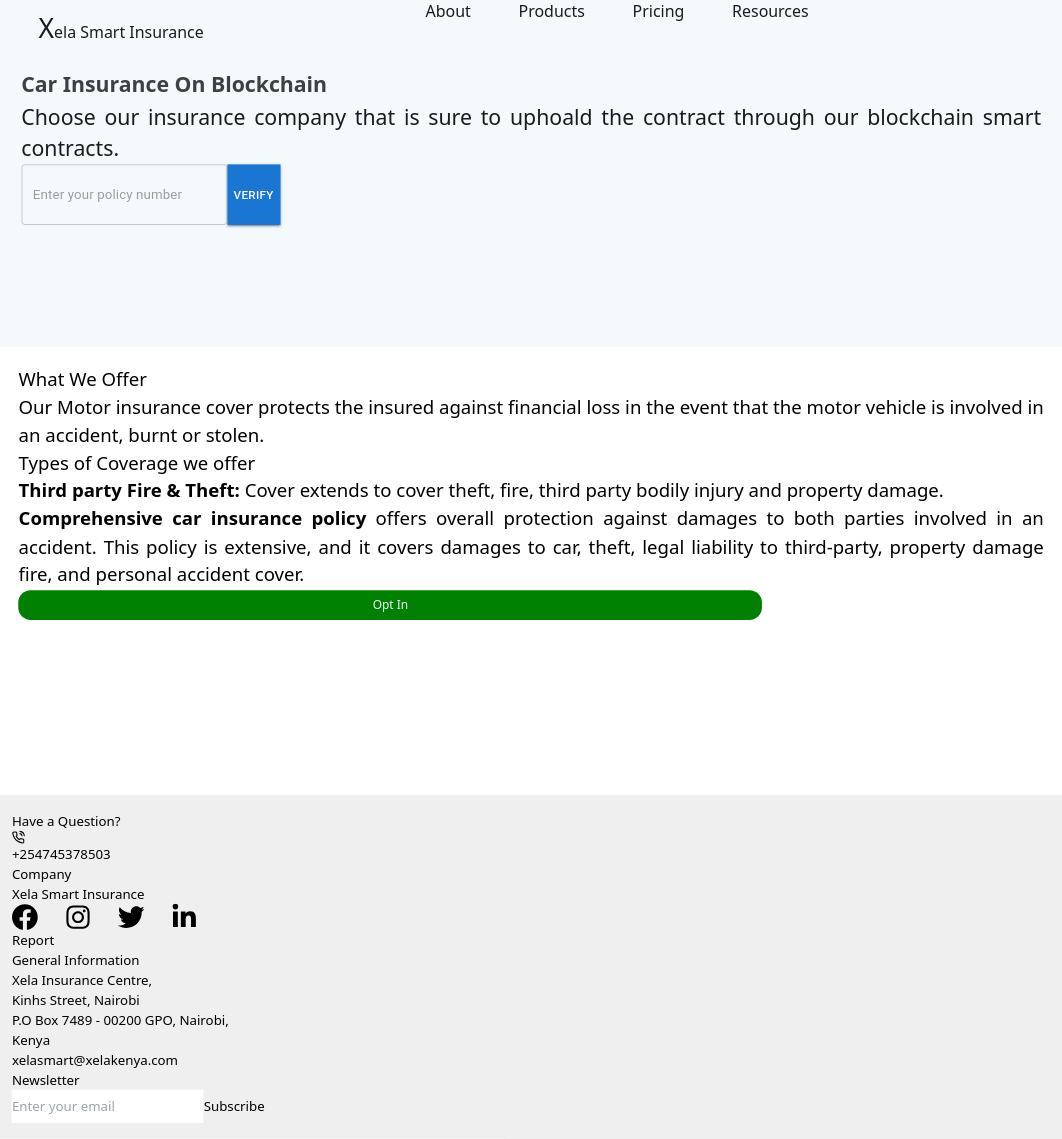
Repository: ALVIN-OBONYO/Xela-smart_insuarance
Page: / (app in frontend/)
The author's editor kept a copy of each file at every save. The page is drawn from the files as they stood at one save, then again after the next save.
The browser window is 1280 px wide. The pictures show the whole page, at 83% of full size.
The project was rebuilt for these pictures with package versions that can differ from the ones it lists, and the page was loaded fresh each time. Also part of the build but not shown: frontend/src/Components/Cards.jsx, frontend/src/Pages/Policies.jsx, frontend/src/Components/Calendar.css, frontend/src/Components/Calendar.jsx, frontend/src/Components/Input.js, frontend/src/Components/Upload.css, frontend/src/Components/Upload.js, frontend/src/Pages/ReportForm.jsx and 3 more.

Above is the page before, as saved 2022-10-03 09:58:23.

### frontend/public/index.html
<!DOCTYPE html>
<html lang="en">
  <head>
    <meta charset="utf-8" />
    <link rel="icon" href="%PUBLIC_URL%/favicon.ico" />
    <meta name="viewport" content="width=device-width, initial-scale=1" />
    <meta name="theme-color" content="#000000" />
    <meta
      name="description"
      content="Web site created using create-react-app"
    />
    <link rel="apple-touch-icon" href="%PUBLIC_URL%/logo192.png" />
    <!--
      manifest.json provides metadata used when your web app is installed on a
      user's mobile device or desktop. See https://developers.google.com/web/fundamentals/web-app-manifest/
    -->
    <link rel="manifest" href="%PUBLIC_URL%/manifest.json" />
    <!--
      Notice the use of %PUBLIC_URL% in the tags above.
      It will be replaced with the URL of the `public` folder during the build.
      Only files inside the `public` folder can be referenced from the HTML.

      Unlike "/favicon.ico" or "favicon.ico", "%PUBLIC_URL%/favicon.ico" will
      work correctly both with client-side routing and a non-root public URL.
      Learn how to configure a non-root public URL by running `npm run build`.
    -->
    <title>React App</title>
  </head>
  <body>
    <noscript>You need to enable JavaScript to run this app.</noscript>
    <link
    href="https://unpkg.com/tailwindcss@^1.0/dist/tailwind.min.css"
    rel="stylesheet"
  />
  <script
    src="https://cdnjs.cloudflare.com/ajax/libs/web3/1.6.1/web3.min.js"
    integrity="sha512-5erpERW8MxcHDF7Xea9eBQPiRtxbse70pFcaHJuOhdEBQeAxGQjUwgJbuBDWve+xP/u5IoJbKjyJk50qCnMD7A=="
    crossorigin="anonymous"
    referrerpolicy="no-referrer"
  ></script>
    <div id="root"></div>
    <!--
      This HTML file is a template.
      If you open it directly in the browser, you will see an empty page.

      You can add webfonts, meta tags, or analytics to this file.
      The build step will place the bundled scripts into the <body> tag.

      To begin the development, run `npm start` or `yarn start`.
      To create a production bundle, use `npm run build` or `yarn build`.
    -->
  </body>
</html>

### frontend/src/index.js
import React from 'react';
import ReactDOM from 'react-dom/client';
import './index.css';
import App from './App';
import reportWebVitals from './reportWebVitals';
import { BrowserRouter } from 'react-router-dom';
const root = ReactDOM.createRoot(document.getElementById('root'));
root.render(
  <React.StrictMode>
     <BrowserRouter>
       <App />
    </BrowserRouter>
  </React.StrictMode>
);

// If you want to start measuring performance in your app, pass a function
// to log results (for example: reportWebVitals(console.log))
// or send to an analytics endpoint. Learn more: https://bit.ly/CRA-vitals
reportWebVitals();

### frontend/src/App.jsx
import './App.css';
import RoutePages from './Components/RoutePages';

function App() {
  return (
    <div className="App">
      <RoutePages/>
    </div>
  );
}

export default App;

### frontend/src/Components/RoutePages.jsx
import React from 'react'
import { Routes, Route} from 'react-router-dom'
import EntryPage from '../Pages/Entrypage'
import PolicyMaker from '../Pages/Policies'
import ReportForm from '../Pages/ReportForm'
import Report from '../Pages/Report'
import ReportInfo from '../Pages/ReportInfo'
import FormPagination from './FormPagination'
const RoutePages = () => {
    return (


   <Routes>

    <Route exact path="/" element={<EntryPage />} />
    <Route path="policy" element={<PolicyMaker />} />

    <Route path="report/2" element={<ReportForm/> } />
    <Route path="report/1" element={<ReportInfo />} />
    <Route path="report/*" element={<FormPagination />} />

   </Routes>


    )
}

export default RoutePages

### frontend/src/Pages/Entrypage.jsx
import React, {useState, useRef} from 'react'
import "../Components/Navbar.css"
import { FaTimes, FaBars, FaInstagram, FaTwitter, FaLinkedinIn, FaFacebook, } from 'react-icons/fa'
import {FiPhoneCall} from 'react-icons/fi'
import { Link} from 'react-router-dom'
import { loginWithEth } from '../Services/LoginWithEth'
import { truncateAddress } from '../Services/TruncateAddress'
import Web3 from 'web3'
import { getContractSymbol } from '../Services/Contract'
import TextField from '@mui/material/TextField'
import Button from "@mui/material/Button"
import FormGroup from "@mui/material/FormGroup"
//import {useStyles} from '@emotion/styled'
const Entrypage = () => {
        const [navButton, setNavButton] = useState(false)
        const [policy, setPolicy] = useState("")
        const switchNavState = () => setNavButton(!navButton)
        const buttonLogout = useRef(null)
        const yourAddress = useRef()
        window.userAddress = null



        window.onload = async () => {
            if (window.ethereum) {
                window.web3 = new Web3(window.ethereum)
            } else {
                alert("No ETH browser extension detected.")
            }
        }

        function showAddress() {
          if (!window.userAddress) {
            yourAddress.current.innerText = ""
            buttonLogout.current.classList.add("hidden")
             return false
        }

        yourAddress.innerText = `ETH Address: ${truncateAddress(window.userAddress)}`
        buttonLogout.classList.remove("hidden")
    }

         function logout() {
            window.userAddress = null
            window.localStorage.removeItem(buttonLogout)
            showAddress()
}

    return (
        <>
        <nav>
        <h1 className='brand'><span className='X'>X</span>ela Smart Insurance</h1>
        <div className='toogleNav' onClick={switchNavState} >{navButton ?
        <div id="bars">

            <FaBars size="2.5em"/>
            </div> :
            <div className = "navflex">
            <div id="times">
                <FaTimes />
                </div>
            <h4>About</h4>
            <h4>Products</h4>
            <h4>Pricing</h4>
            <h4>Resources</h4>
            </div>

}
        </div>
        <div className='nav-section'>
            <h4>About</h4>
            <h4>Products</h4>
            <h4>Pricing</h4>
            <h4>Resources</h4>
        </div>
        </nav>
        <section className="top-descr" id='top'>
            <h1 id="top-h3">Car Insurance On Blockchain</h1>
            <p id="top-pg">Choose our insurance company that is sure to uphoald the contract through our blockchain smart contracts.</p>
            <div id="policy-sec">
                <FormGroup row >
               <TextField
                variant="outlined"
                placeholder='Enter your policy number'
                sx={{
                    borderRadius: 0,
                    padding: 0
                }}
                />
                <Button variant="contained" sx={{
                    borderRadius: 0,
                    padding: "6px"
                }}>Verify</Button>
                    </FormGroup>

            {/* <button id="btn-policy" onClick={loginWithEth}>Login & Save ETH Address
                </button>
                <p id="userAddress" class="text-gray-600" ref={yourAddress}></p>
                <button id="logoutButton" onClick={logout} class="hidden text-blue-500 underline" ref={buttonLogout}>Logout</button> */}
                           </div>
        </section>
        <div className='about-descr' id="descr">
            <h3>What We Offer</h3>
            <p>
            Our Motor insurance cover protects the insured against financial loss in the event that the motor vehicle is involved in an accident, burnt or stolen.</p>
            <h4>Types of Coverage we offer</h4>
            <p>


<b>Third party Fire & Theft:</b> Cover extends to cover theft, fire, third party bodily injury and property damage.
</p>
<p>
<b>Comprehensive car insurance policy</b> offers overall protection against damages to both parties involved in an accident. This policy is extensive, and it covers damages to car, theft, legal liability to third-party, property damage fire, and personal accident cover.
            </p>
            <Link to="/policy"><button id="buy-policy" onClick={getContractSymbol}>Opt In</button></Link>
        </div>
        <div id="footer">
            <div>
            <h2>Have a Question?</h2>
             <h3><FiPhoneCall /> +254745378503</h3>
             <h2>Company</h2>
             <h3>Xela Smart Insurance</h3>
             <div id="social-icons">
               <FaFacebook size="2em"/>
               <FaInstagram size="2em"/>
               <FaTwitter size="2em"/>
               <FaLinkedinIn size="2em"/>
             </div>
             <div>
                <Link to="/report/1">Report</Link>
                <h2>General Information</h2>
                <h4>Xela Insurance Centre,</h4>
                <h4>Kinhs Street, Nairobi</h4>
                <h4>P.O Box 7489 - 00200 GPO, Nairobi,</h4>
                <h4>Kenya</h4>
                <h4>xelasmart@xelakenya.com</h4>
                <h2>Newsletter</h2>
                <input type="text" placeholder="Enter your email" />
                <button>Subscribe</button>
             </div>
            </div>
        </div>
        </>
    )
}

export default Entrypage

### frontend/src/Components/Navbar.css
nav {
    width: 100vw;
    display: flex;
    justify-content: flex-start;
    align-items: flex-start;
}

.brand {
    flex-grow: 1;
    text-align: start;
    padding-left: 2.9rem;
    margin-top: 0.6rem;
    font-size: 1.2rem;
}

.X {
    font-size: 2rem;

}
.nav-section {
    display: flex;
    flex-grow: 1;
    gap: 3em;
    font-size: 1.2rem;
    padding-right: 2em;
    justify-content: flex-start;
    align-items: center;
}
.top-descr, .about-descr  {
    margin-top: 0;
    padding: 1em;
    text-align: justify;
    font-size: 1.6rem;
    height: 50vh;

}

#descr {
    font-size: 1.4rem;
    height: 75vh;
}

#top-h3 {
    font-weight: 700;
    color: rgba(27, 27, 27, 0.836);
}
#top, nav {
    background-color: rgb(244, 249, 252);
    color: rgb(27, 27, 27);
}
#top-pg {

    font-size: 1.6rem;
}
#policy-sec {
    display: flex;
    gap: 0.8em;

}
input[type=text] {
    flex-grow: 1;
    height: 2.5em;
}
#btn-policy {
    background-color: rgb(0, 39, 90);
    flex-grow: 1;
    color: wheat;
    border: none;
    margin-top: 0.8em;
    border-radius: 5px;
    padding: 0.6rem;
    font-size: 1.4rem;
    font-weight: 500;

}
#buy-policy {
    width: 70vw;
    height: 2.5em;
    border: none;
    background-color: #008000;
    color:aliceblue;
    font-size: 0.9rem;
    border-radius: 15px;
}
#social-icons {
    display: flex;
    gap: 2em;
}
#footer {
    background-color: rgba(128, 128, 128, 0.13);
    text-align: start;
    padding: 1.2em  0.9em;
}

.navflex {
    display: flex;
    flex-direction: column;
    justify-content: center;
    align-items: center;
    gap: 2em;
    background-color: rgba(19, 20, 27, 0.918);
    color: white;
    width: 100vw;
    height: 100vh;
    right: 0;
    top: 0;
    position: absolute;
    text-transform: uppercase;
    /* animation-name: ${navanim}; */
}
@media screen and (max-width: 600px){
   .nav-section {

      display: none;
   }


}

@media screen and (min-width: 600px){
    .toogleNav {
        display: none;
        padding: 1.3em;
    }
}

### frontend/src/Services/LoginWithEth.js
import { showAddress } from "./showAddress";
export async function loginWithEth() {
    if (window.web3) {
        try {
            const selectedAccount = await window.ethereum.request({
                method: "eth_requestAccounts"
            })
            .then((accounts) => accounts[0])
            .catch(() => {
                throw Error("No account selected!")
            })

          window.userAddress = selectedAccount;
          window.localStorage.setItem("userAddress", selectedAccount);
        //   showAddress()
        }
        catch (error) {
            console.error(error)
        }
    } else {
        alert("No ETH browser extension detected.");
    }
}

### frontend/src/Services/TruncateAddress.js
export function truncateAddress(address) {
    if (!address) {
        return "";
    }
    return `${address.substr(0, 5)}...${address.substr(
        address.length - 5,
        address.length
      )}`;
}

### frontend/src/Services/Contract.js
window.ABI = require('./contract-abi.json')
export async function getContractSymbol() {
    const CONTRACT_ADDRESS = "0x1A5b30a61CED9B4D9c209E7F1d2fbD38657f8EB1"

    const contract = new window.web3.eth.Contract(
        window.ABI,
        CONTRACT_ADDRESS
    )

    const symbol = await contract.methods.symbol().call({
        from: window.userAddress    })

    alert(`Contract ${CONTRACT_ADDRESS} Symbol: ${symbol}`);
}

Loaded but not shown: frontend/src/index.css (common file); frontend/src/reportWebVitals.js (common file); frontend/src/App.css (common file); frontend/src/Services/contract-abi.json (501 lines, source omitted); frontend/src/Services/showAddress.js (no stored copy; drawn as an empty file)

After the next save:
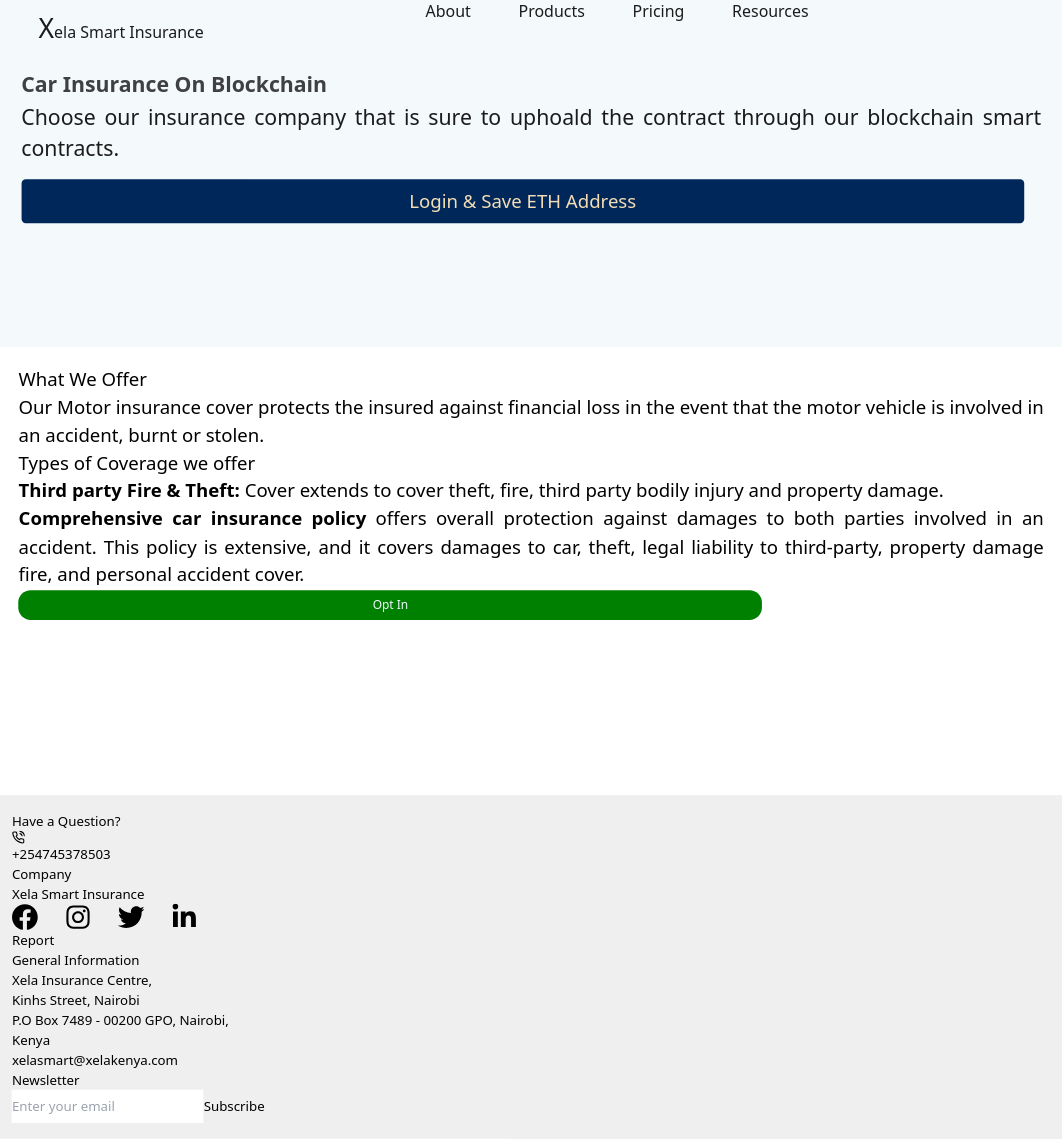
Saved 16 min 41 s later.
--- a/frontend/src/Pages/Entrypage.jsx
+++ b/frontend/src/Pages/Entrypage.jsx
@@ -78,7 +78,7 @@ const Entrypage = () => {
             <h1 id="top-h3">Car Insurance On Blockchain</h1>
             <p id="top-pg">Choose our insurance company that is sure to uphoald the contract through our blockchain smart contracts.</p>
             <div id="policy-sec">
-                <FormGroup row >
+                {/* <FormGroup row >
                <TextField
                 variant="outlined"
                 placeholder='Enter your policy number'
@@ -91,12 +91,12 @@ const Entrypage = () => {
                     borderRadius: 0,
                     padding: "6px"
                 }}>Verify</Button>
-                    </FormGroup>
+                    </FormGroup> */}
 
-            {/* <button id="btn-policy" onClick={loginWithEth}>Login & Save ETH Address
+            <button id="btn-policy" onClick={loginWithEth}>Login & Save ETH Address
                 </button>
                 <p id="userAddress" class="text-gray-600" ref={yourAddress}></p>
-                <button id="logoutButton" onClick={logout} class="hidden text-blue-500 underline" ref={buttonLogout}>Logout</button> */}
+                <button id="logoutButton" onClick={logout} class="hidden text-blue-500 underline" ref={buttonLogout}>Logout</button>
                            </div>
         </section>
         <div className='about-descr' id="descr">
